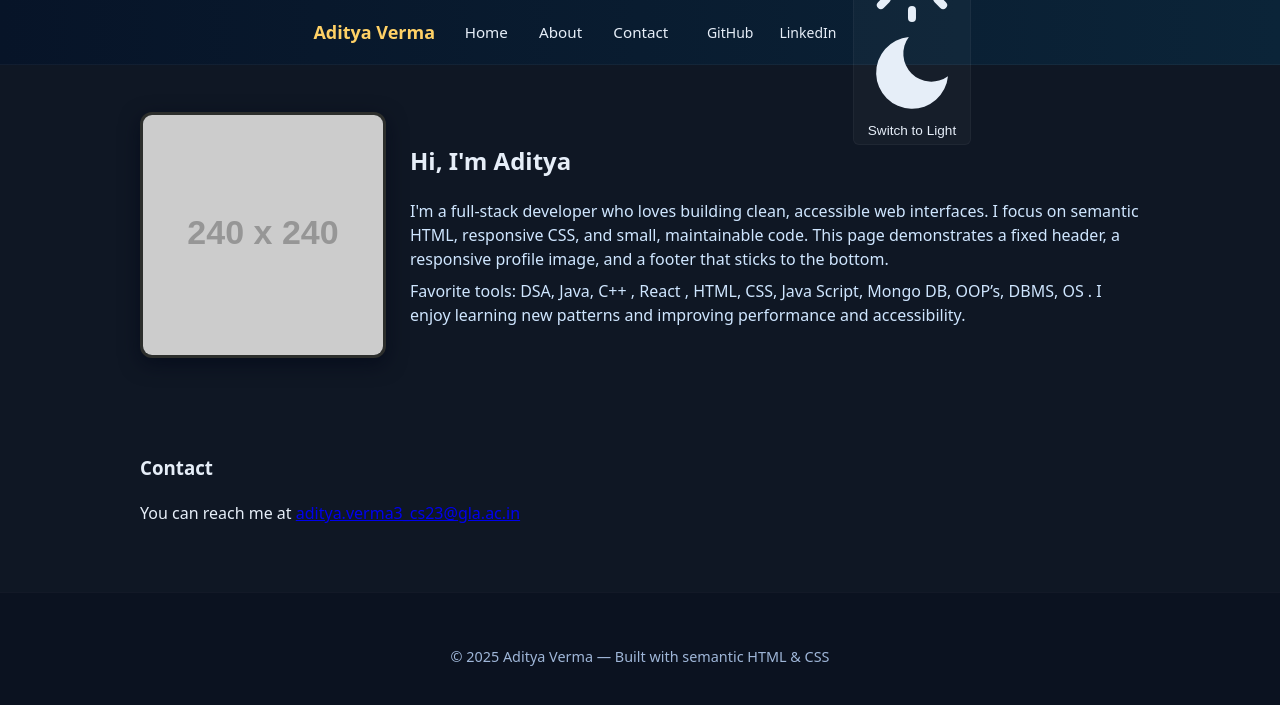
Repository: AdityaTech-Pro/FullStackWithBridgelabz
Page: Assignment5/Ques1/index.html
An editor plug-in stored every save of this project. The page is shown before and after the next save, followed by the edit.
The browser window is 1280 px wide. The pictures show the whole page.

Above is the page before, as saved 2025-11-04 09:12:52.

After the next save:
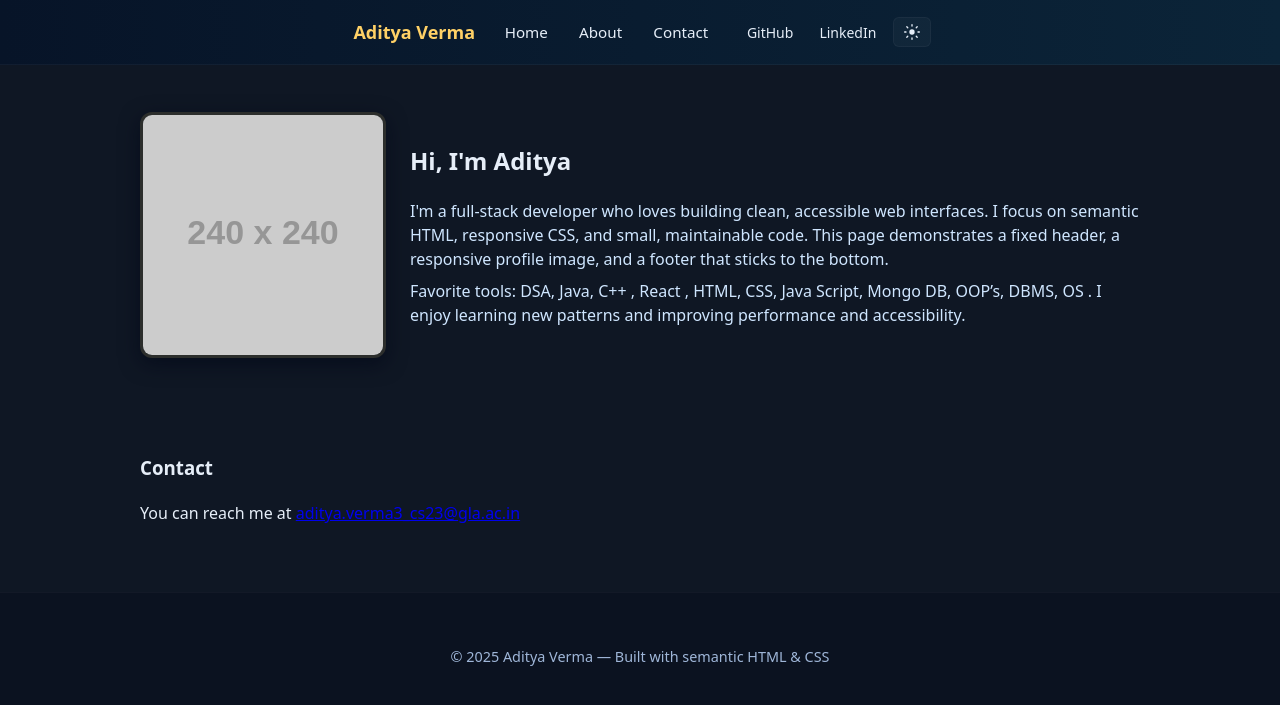
Saved 8 s later.
--- a/Assignment5/Ques1/styles.css
+++ b/Assignment5/Ques1/styles.css
@@ -115,6 +115,48 @@ body {
 .theme-toggle:focus {
   outline: none;
   background: rgba(255,255,255,0.06);
+}
+
+/* Small utility for screen-reader-only text */
+.sr-only {
+  position: absolute !important;
+  width: 1px;
+  height: 1px;
+  padding: 0;
+  margin: -1px;
+  overflow: hidden;
+  clip: rect(0, 0, 0, 0);
+  white-space: nowrap;
+  border: 0;
+}
+
+/* Icon sizing and visibility: show sun in dark mode (default), moon in light mode */
+.theme-toggle {
+  display: inline-flex;
+  align-items: center;
+  gap: 0.5rem;
+}
+.theme-toggle .icon {
+  width: 1rem;
+  height: 1rem;
+  display: inline-block;
+  vertical-align: middle;
+  /* Use currentColor so icons match text color */
+  color: currentColor;
+}
+.theme-toggle .icon-sun {
+  display: inline-block; /* visible in dark (default) */
+}
+.theme-toggle .icon-moon {
+  display: none; /* hidden in dark (default) */
+}
+
+/* When light theme is active, swap icon visibility */
+.light-theme .theme-toggle .icon-sun {
+  display: none;
+}
+.light-theme .theme-toggle .icon-moon {
+  display: inline-block;
 }
 
 /* Main: add top padding equal to header height so content isn't hidden
